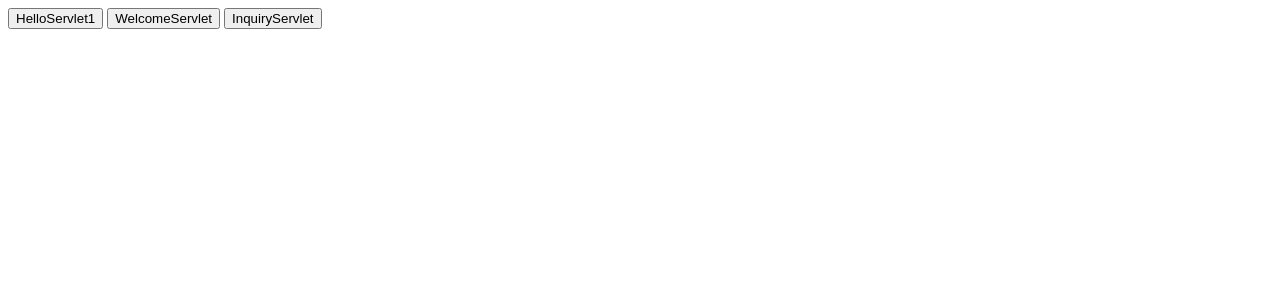
Repository: kf3225/backup
Page: http://localhost/HelloServlet1/
The author's editor kept a copy of each file at every save. The page is drawn from the files as they stood at one save, then again after the next save.
The browser window is 1280 px wide. The pictures show the whole page.
The page is served by Tomcat 9. Other server files are loaded and not shown.

Above is the page before, as saved 2018-01-11 02:19:10.

### HelloServlet1/WebContent/index.jsp
<%@ page language="java" contentType="text/html; charset=UTF-8"
pageEncoding="UTF-8" %>
<!DOCTYPE html>
<html lang="ja">
	<head>
		<meta charset="UTF-8">
		<title>HelloServlet</title>
	</head>
	<body>
		<input type="button" value="HelloServlet1" onClick="location.href='HelloServlet1'">
		<input type="button" value="WelcomeServlet" onClick="location.href='welcome.jsp'">
		<input type="button" value="InquiryServlet" onClick="location.href='inquiry.jsp'">
	</body>
</html>

After the next save:
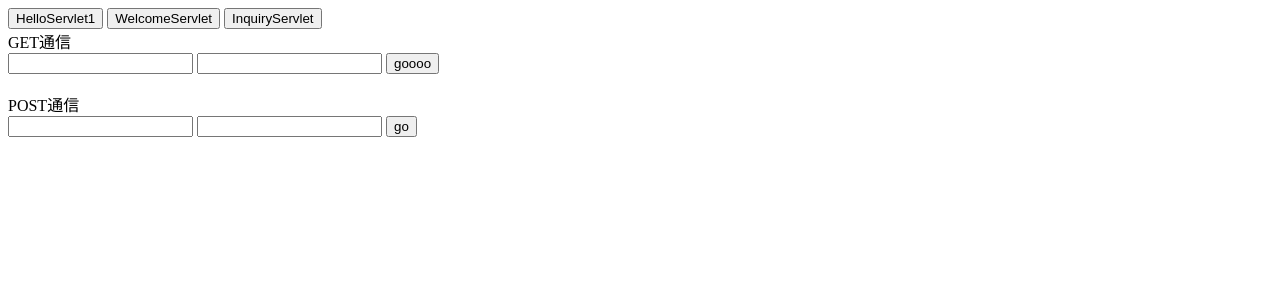
Saved 5 min 27 s later.
--- a/HelloServlet1/WebContent/index.jsp
+++ b/HelloServlet1/WebContent/index.jsp
@@ -10,5 +10,19 @@ pageEncoding="UTF-8" %>
 		<input type="button" value="HelloServlet1" onClick="location.href='HelloServlet1'">
 		<input type="button" value="WelcomeServlet" onClick="location.href='welcome.jsp'">
 		<input type="button" value="InquiryServlet" onClick="location.href='inquiry.jsp'">
+		<br>
+		GET通信<br>
+		<form method="get" action="TestServlet">
+			<input type="text" name="username">
+			<input type="password" name="password">
+			<input type="submit" value="goooo">
+		</form>
+		<br>
+		POST通信<br>
+		<form method="post" action="TestServlet">
+			<input type="text" name="username">
+			<input type="password" name="password">
+			<input type="submit" value="go">
+		</form>
 	</body>
 </html>
